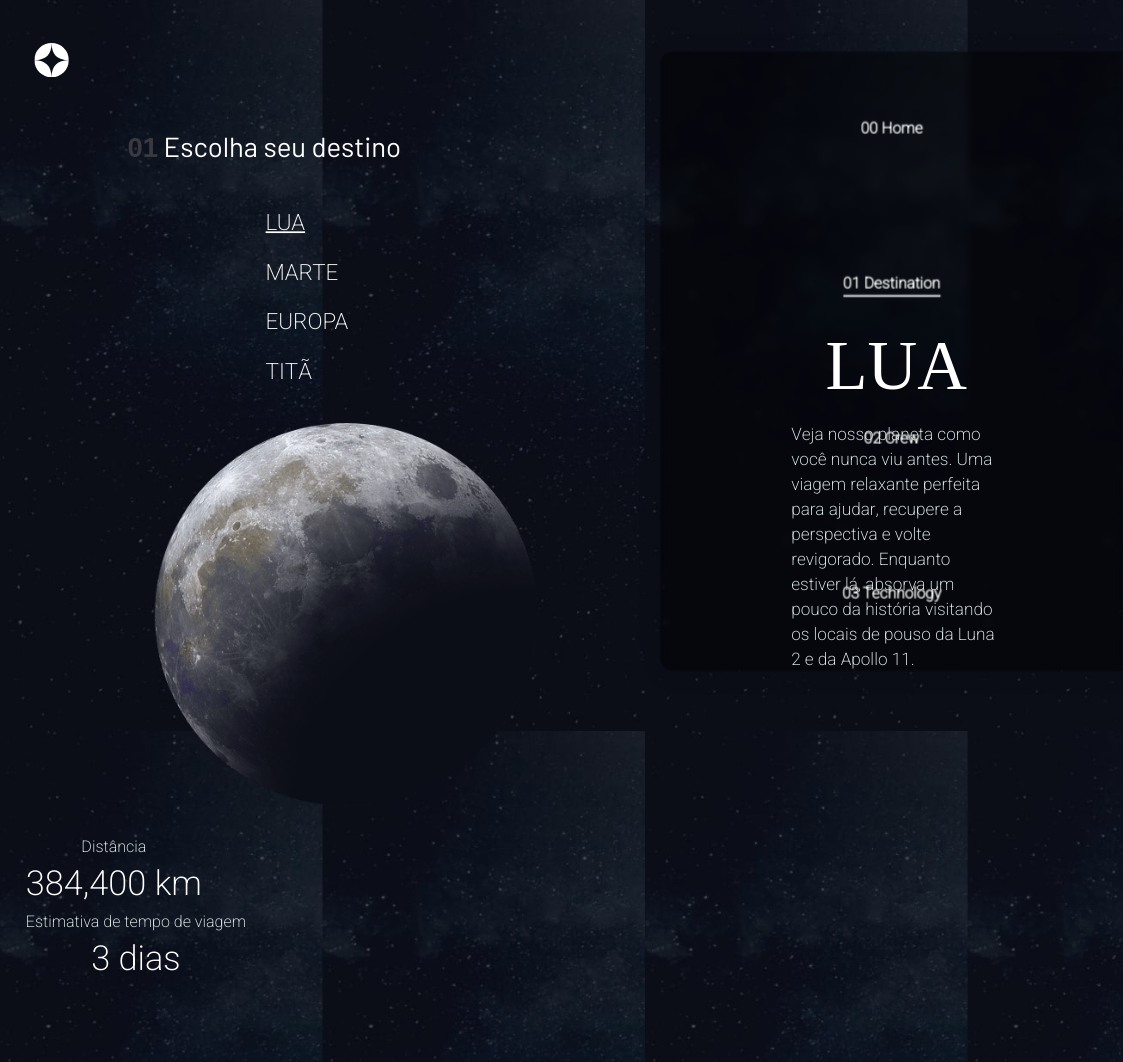
Repository: Leonngc/space-site
Page: space-tourism-website-main/space-tourism-website-main/starter-code/destination-moon.html
The author's editor kept a copy of each file at every save. The page is drawn from the files as they stood at one save, then again after a run of saves.
The browser window is 768 px wide. The page is 1306 px wide, so the pictures cover 1306 px, including what lies to the right of the window. The pictures show the whole page, at 86% of full size.
Some icons come from a web library that is not loaded, so they are not drawn.

Above is the page before, as saved 2023-04-30 01:33:14.

After the next 2 saves:
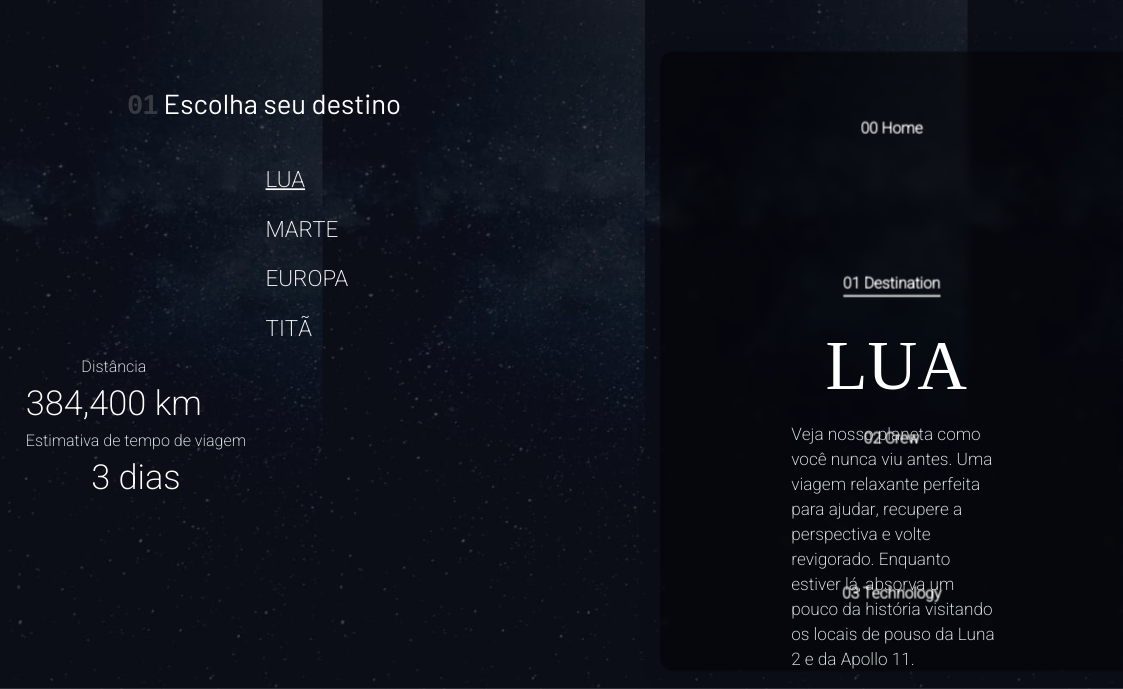
The 2 saves are shown as one change because they came seconds apart.
The last was saved 13 s later.
--- a/space-tourism-website-main/space-tourism-website-main/starter-code/styles/destination.css
+++ b/space-tourism-website-main/space-tourism-website-main/starter-code/styles/destination.css
@@ -135,6 +135,10 @@ strong{
         text-decoration: underline;
     }
 
+    img{
+        display: none;
+    }
+
     .destination-conatiner {
         left: 0px;
         width: 80vw;
